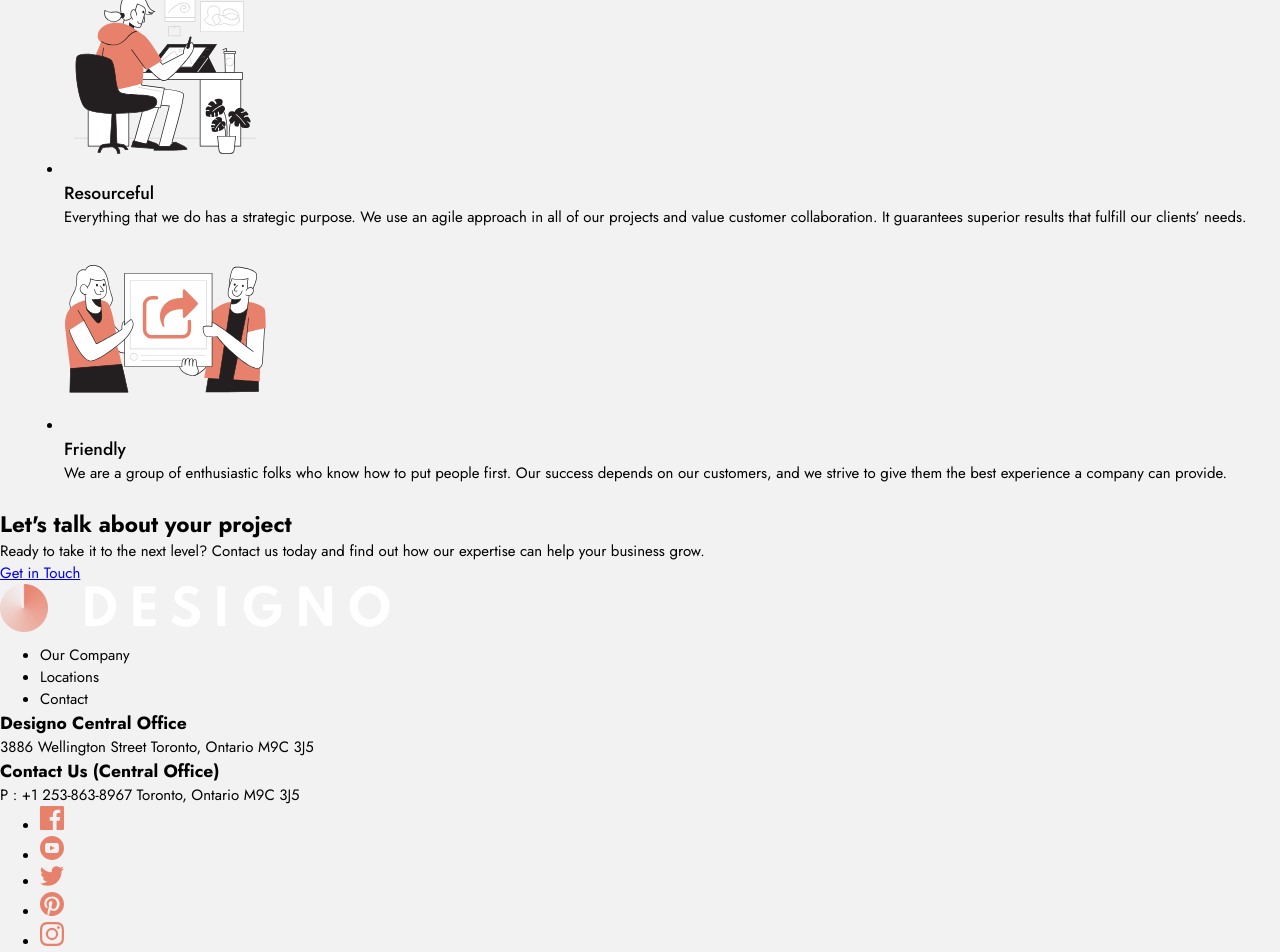
Repository: bluepersia/designo-website
Page: src/index.html
The author's editor kept a copy of each file at every save. The page is drawn from the files as they stood at one save, then again after the next save.
The browser window is 1280 px wide. The pictures show the part of the page from y = 3856 to 4808 px (the page is 4808 px tall).
A picture or video elsewhere on the page could not be fetched, so the positions and the page height are approximate.

Above is the page before, as saved 2025-07-13 11:56:52.

### src/index.html
<!DOCTYPE html>
<html>
  <head>
    <meta name="viewport" content="width=device-width,initial-scale=1.0" />
    <link rel="preconnect" href="https://fonts.googleapis.com" />
    <link rel="preconnect" href="https://fonts.gstatic.com" crossorigin />
    <link
      href="https://fonts.googleapis.com/css2?family=Jost:ital,wght@0,100..900;1,100..900&display=swap"
      rel="stylesheet"
    />

    <link rel="stylesheet" href="./css/utils/global.css" />
    <link rel="stylesheet" href="./css/utils/utilities.css" />
    <link rel="stylesheet" href="./css/utils/variables.css" />

    <meta name="auto-scope" content="./css/layout/header.css" />
    <meta name="auto-scope" content="./css/blocks/site-logo.css" />
    <meta name="auto-scope" content="./css/blocks/hero.css" />
    <meta name="auto-scope" content="./css/blocks/btn.css" />
    <meta name="auto-scope" content="./css/blocks/card.css" />
    <meta name="auto-scope" content="./css/blocks/img-block.css"/>
    <meta name="auto-scope" content="./css/pages/homepage.css" />
  </head>

  <body>
    <header class="header u-container">
      <a class="site-logo" href="index.html"
        ><img class="img" src="/img/shared/desktop/logo-dark.png" alt="Designo"
      /></a>
      <nav class="nav">
        <ul class="list">
          <li><a class="link">Our Company</a></li>
          <li><a class="link">Locations</a></li>
          <li><a class="link">Contact</a></li>
        </ul>
      </nav>

      <button class="mobile-nav-btn">
        <img
          class="icon-open"
          src="/img/shared/mobile/icon-hamburger.svg"
          alt=""
        />
        <img
          class="icon-close"
          src="/img/shared/mobile/icon-close.svg"
          alt=""
        />
      </button>
    </header>

    <main class="homepage">
      <section class="hero u-container">
        <div class="content">
          <h1 class="title u-fw-medium">
            Award-winning custom designs and digital branding solutions
          </h1>
          <p class="body">
            With over 10 years in the industry, we are experienced in creating
            fully responsive websites, app design, and engaging brand
            experiences. Find out more about our services.
          </p>
          <a class="btn" href="about-us.html">Learn More</a>
        </div>
        <div class="img-wrapper">
          <img
            class="img"
            src="/img/home/desktop/image-hero-phone.png"
            alt="Mobile phone frame with design patterns"
          />
        </div>
      </section>

      <section class="card-grid u-container">
        <h2 class="title sr-only">Categories</h2>
        <a class="u-link" href="web-design.html">
        <section class="card primary card--web-design">
            <h3 class="title">Web Design</h3>
            <span class="sup-text u-fw-medium" href="web-design.html"
              >View Projects<img
                class="right-arrow"
                alt=""
                src="/img/shared/desktop/icon-right-arrow.svg"
            /></span>
            <img
              class="img img--mobile"
              src="/img/home/mobile/image-web-design.jpg"
            />
            <img
              class="img img--tablet"
              src="/img/home/tablet/image-web-design.jpg"
            />
            <img
              class="img img--desktop"
              src="/img/home/desktop/image-web-design-large.jpg"
            />
        </section>
    </a>
        </a>
        <a class="u-link" href="app-design.html">
        <section class="card secondary card--app-design">
            <h3 class="title">App Design</h3>
            <span class="sup-text u-fw-medium"
              >View Projects<img
                class="right-arrow"
                alt=""
                src="/img/shared/desktop/icon-right-arrow.svg"
            /></span>
            <img
              class="img img--mobile"
              src="/img/home/mobile/image-app-design.jpg"
            />
            <img
              class="img img--tablet"
              src="/img/home/tablet/image-app-design.jpg"
            />
            <img
              class="img img--desktop"
              src="/img/home/desktop/image-app-design.jpg"
            />
        </section>
        </a>
        <a class="u-link" href="graphic-design.html">
        <section class="card secondary card--graphic-design">
            <h3 class="title">Graphic Design</h3>
            <span class="sup-text u-fw-medium"
              >View Projects<img
                class="right-arrow"
                alt=""
                src="/img/shared/desktop/icon-right-arrow.svg"
            /></span>
            <img
              class="img img--mobile"
              src="/img/home/mobile/image-graphic-design.jpg"
            />
            <img
              class="img img--tablet"
              src="/img/home/tablet/image-graphic-design.jpg"
            />
            <img
              class="img img--desktop"
              src="/img/home/desktop/image-graphic-design.jpg"
            />
        </section>
    </a>
      </section>

      <section class="series series--qualities u-container">
        <h2 class="title sr-only">Our Qualities</h2>
        <ul class="list">
          <li class="img-block">
            <img
              class="img"
              src="/img/home/desktop/illustration-passionate.svg"
              alt="Man enthusiastically designing on his pad"
            />
            <div class="bg-circle"></div>
            <h3 class="title u-fw-medium">Passionate</h3>
            <p class="body">
              Each project starts with an in-depth brand research to ensure we
              only create products that serve a purpose. We merge art, design,
              and technology into exciting new solutions.
            </p>
          </li>
          <li class="img-block">
            <img
              class="img"
              src="/img/home/desktop/illustration-resourceful.svg"
              alt="Man designing on his pad, surrounded by plants and drawings"
            />
            <div class="bg-circle"></div>
            <h3 class="title u-fw-medium">Resourceful</h3>
            <p class="body">
              Everything that we do has a strategic purpose. We use an agile
              approach in all of our projects and value customer collaboration.
              It guarantees superior results that fulfill our clients’ needs.
            </p>
          </li>
          <li class="img-block">
            <img
              class="img"
              src="/img/home/desktop/illustration-friendly.svg"
              alt="2 people co-operatively holding a 'share' icon"
            />
            <div class="bg-circle"></div>
            <h3 class="title u-fw-medium">Friendly</h3>
            <p class="body">
              We are a group of enthusiastic folks who know how to put people
              first. Our success depends on our customers, and we strive to give
              them the best experience a company can provide.
            </p>
          </li>
        </ul>
      </section>

      <section class="cta cta--contact">
        <div class="content">
          <h2 class="title">Let's talk about your project</h2>
          <p class="body">
            Ready to take it to the next level? Contact us today and find out
            how our expertise can help your business grow.
          </p>
        </div>
        <a class="btn" href="contact.html">Get in Touch</a>
      </section>
    </main>

    <footer class="footer">
      <div class="main-nav">
        <a class="site-logo" href="index.html"
          ><img class="img" src="/img/shared/desktop/logo-light.png" alt=""
        /></a>
        <nav class="nav">
          <ul class="list">
            <li><a class="link">Our Company</a></li>
            <li><a class="link">Locations</a></li>
            <li><a class="link">Contact</a></li>
          </ul>
        </nav>
      </div>

      <section class="contact-info">
        <h2 class="title sr-only">Get In Touch</h2>
        <section class="text-block text-block--address">
          <h3 class="title">Designo Central Office</h3>
          <span class="line">3886 Wellington Street</span>
          <span class="line">Toronto, Ontario M9C 3J5</span>
        </section>
        <section class="text-block text-block--contact">
          <h3 class="title">Contact Us (Central Office)</h3>
          <span class="line"><bold>P : +1 253-863-8967</bold></span>
          <span class="line"><bold>Toronto, Ontario M9C 3J5</bold></span>
        </section>
        <section class="icons-section">
          <h3 class="title sr-only">Social Media</h3>
          <ul class="icon-list">
            <li>
              <a
                ><img
                  class="icon"
                  src="/img/shared/desktop/icon-facebook.svg"
                  alt="Facebook"
              /></a>
            </li>
            <li>
              <a
                ><img
                  class="icon"
                  src="/img/shared/desktop/icon-youtube.svg"
                  alt="YouTube"
              /></a>
            </li>
            <li>
              <a
                ><img
                  class="icon"
                  src="/img/shared/desktop/icon-twitter.svg"
                  alt="Twitter"
              /></a>
            </li>
            <li>
              <a
                ><img
                  class="icon"
                  src="/img/shared/desktop/icon-pinterest.svg"
                  alt="Pinterest"
              /></a>
            </li>
            <li>
              <a
                ><img
                  class="icon"
                  src="/img/shared/desktop/icon-instagram.svg"
                  alt="Instragram"
              /></a>
            </li>
          </ul>
        </section>
      </section>
    </footer>
  </body>
</html>

### src/css/utils/global.css
html {
    font-size: 15px;
}

body
{
    background-color: #F2F2F2;
    margin: 0;
    padding: 0;
    font-family: "Jost", sans-serif;
}

*, *:first-child, *:last-child {
    box-sizing: border-box;
    margin: 0;
}

### src/css/utils/utilities.css
.u-container
{
    padding: 1.6rem;
}

.u-m-0
{
    margin: 0;
}

.sr-only {
    position: absolute;
    width: 1px;
    height: 1px;
    padding: 0;
    margin: -1px;
    overflow: hidden;
    clip: rect(0, 0, 0, 0);
    white-space: nowrap;
    border: 0;
  }

  .u-link
  {
    cursor: pointer;
    all: unset;
    display: block;
  }


  .u-fw-medium
  {
    font-weight: 500;
  }

### src/css/utils/variables.css
:root
{
    --peach: #E7816B;
    --dark: #333136;
}

After the next save:
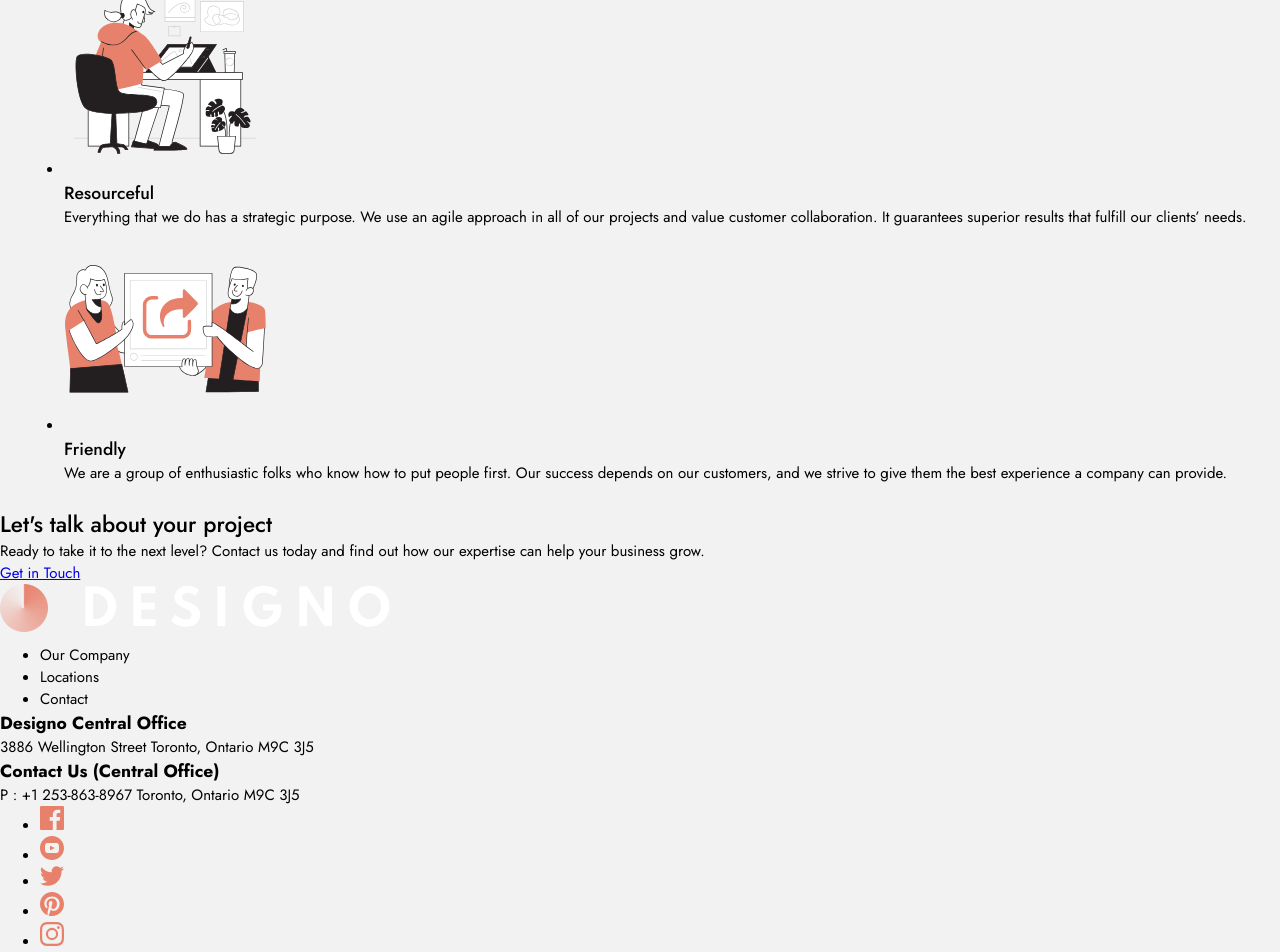
Saved 24 s later.
--- a/src/index.html
+++ b/src/index.html
@@ -195,7 +195,7 @@
 
       <section class="cta cta--contact">
         <div class="content">
-          <h2 class="title">Let's talk about your project</h2>
+          <h2 class="title u-fw-medium">Let's talk about your project</h2>
           <p class="body">
             Ready to take it to the next level? Contact us today and find out
             how our expertise can help your business grow.
